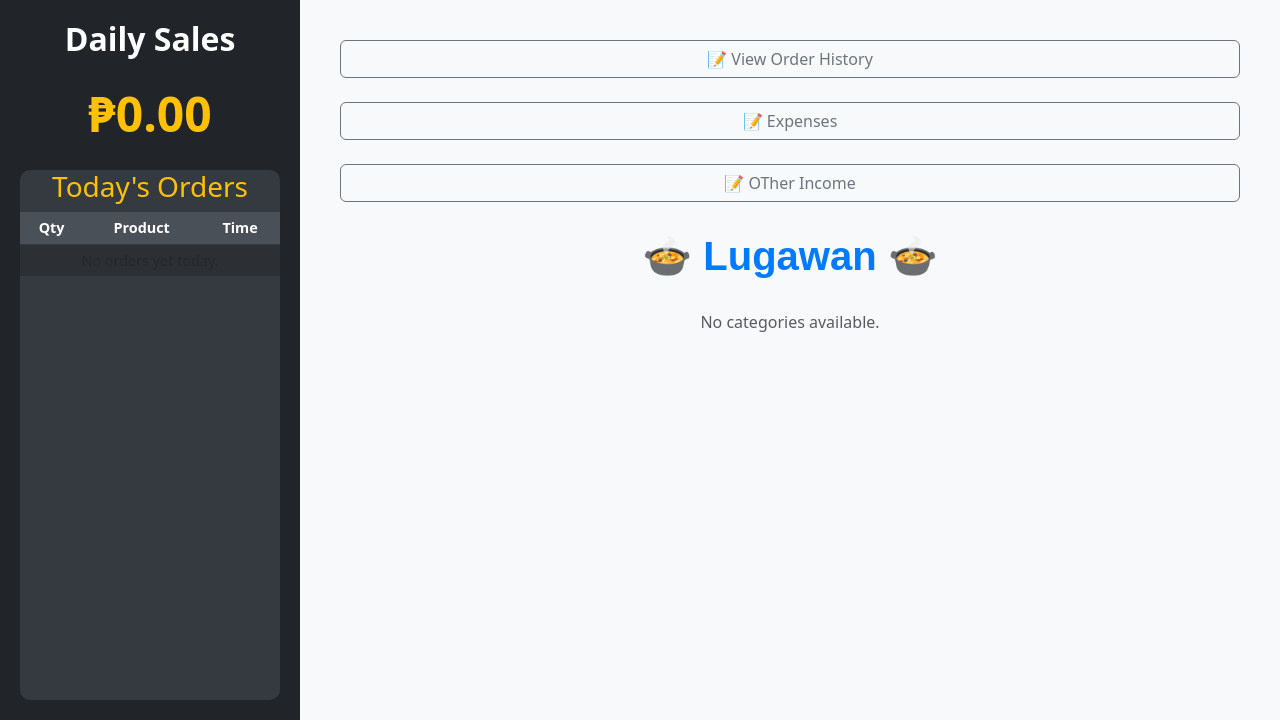
Repository: Jijiluzana225/lugawan_pitlane
Page: http://localhost/menu/
These files come from the project's save history. The page is drawn as it stood at one moment and after the next save; the edit follows.
The browser window is 1280 px wide. The pictures show the whole page.
The page is served by the project's application, run on Django 5.2 (manage.py). Queries for data that is not in the repository find no rows.

Above is the page before, as saved 2025-03-07 08:39:38.

After the next save:
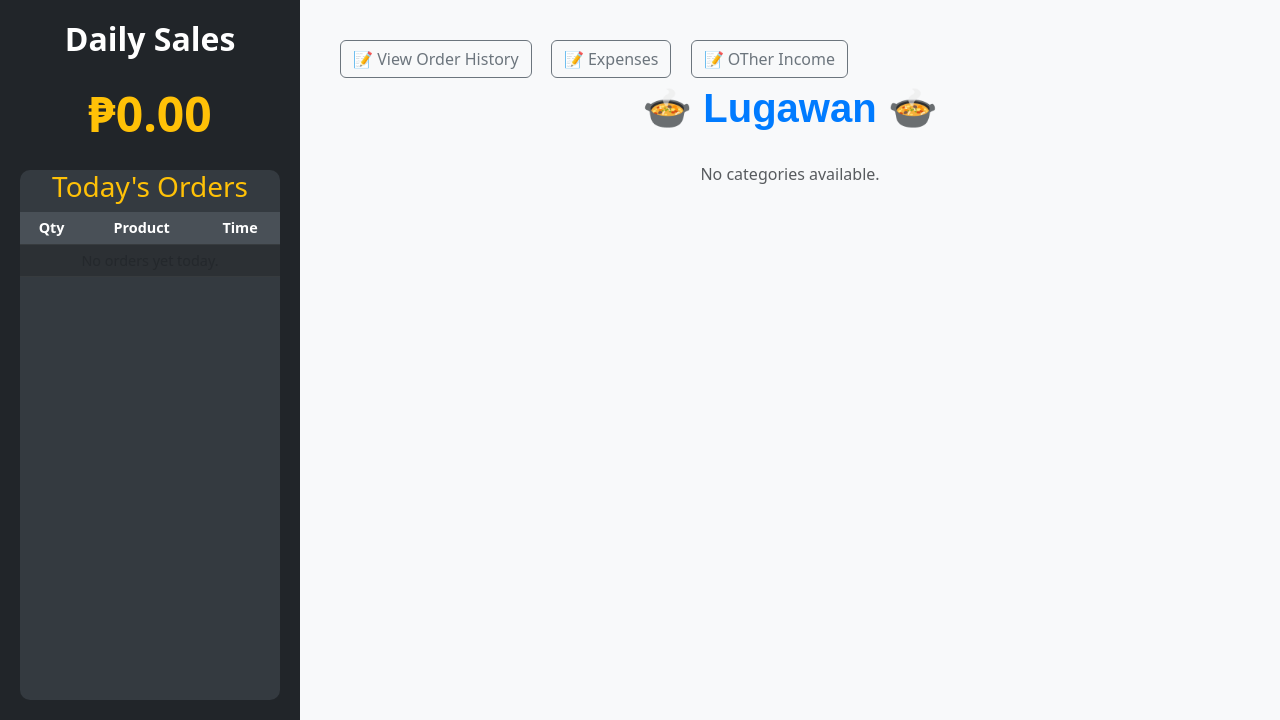
Saved 71 s later.
--- a/pos/templates/pos/base.html
+++ b/pos/templates/pos/base.html
@@ -207,9 +207,9 @@
     <!-- Main Content Area -->
     <div class="main-content">
         <nav>
-            <a href="{% url 'order_history' %}" class="btn btn-outline-secondary w-100 mb-4">📝 View Order History</a>
-            <a href="{% url 'expense_list' %}" class="btn btn-outline-secondary w-100 mb-4">📝 Expenses</a>
-            <a href="{% url 'other_income_list' %}" class="btn btn-outline-secondary w-100 mb-4">📝 OTher Income</a>
+            <a href="{% url 'order_history' %}" class="btn btn-outline-secondary">📝 View Order History</a>
+            <a href="{% url 'expense_list' %}" class="btn btn-outline-secondary ">📝 Expenses</a>
+            <a href="{% url 'other_income_list' %}" class="btn btn-outline-secondary ">📝 OTher Income</a>
         </nav>
 
         <a href="{% url 'catalog' %}" class="header-link">🍲 Lugawan 🍲</a>
